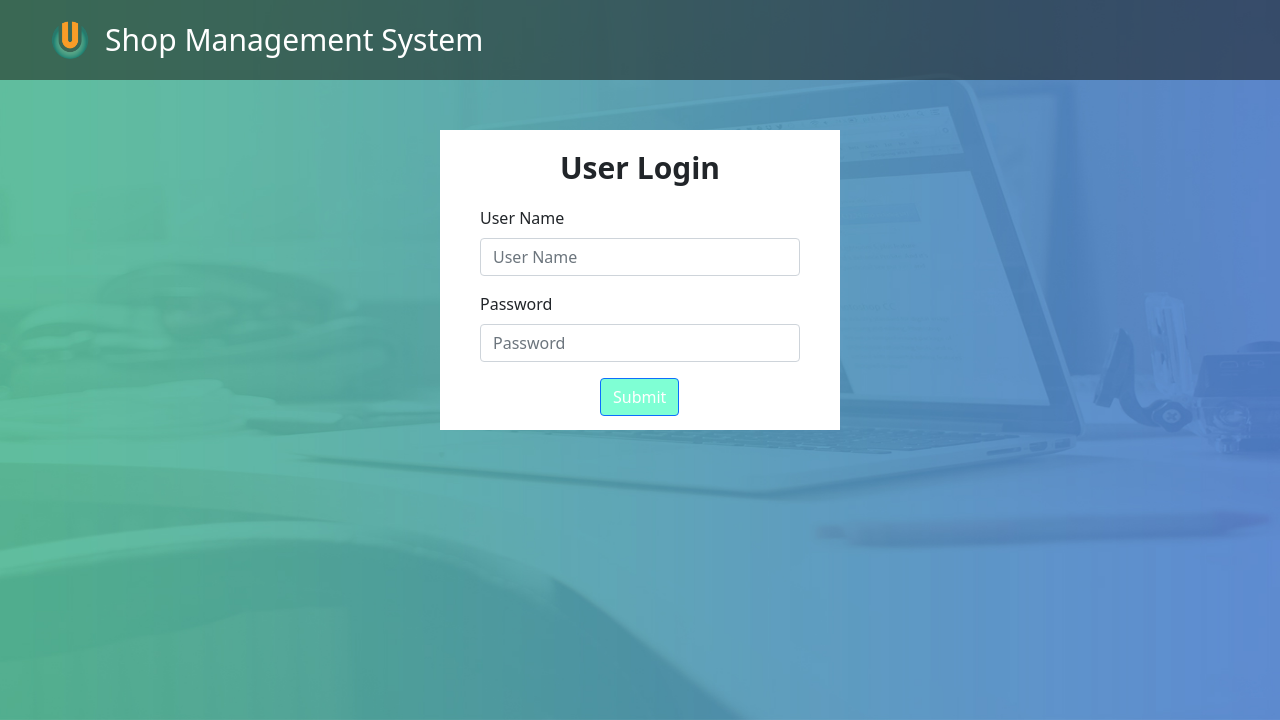
Repository: wenxi0504/storesystem
Page: /login
An editor plug-in stored every save of this project. The page is shown before and after the next save, followed by the edit.
The browser window is 1280 px wide. The pictures show the whole page.
The project was rebuilt for these pictures with package versions that can differ from the ones it lists, and the page was loaded fresh each time. Also part of the build but not shown: src/pages/admin/admin.jsx.

Above is the page before, as saved 2022-03-21 21:59:16.

After the next save:
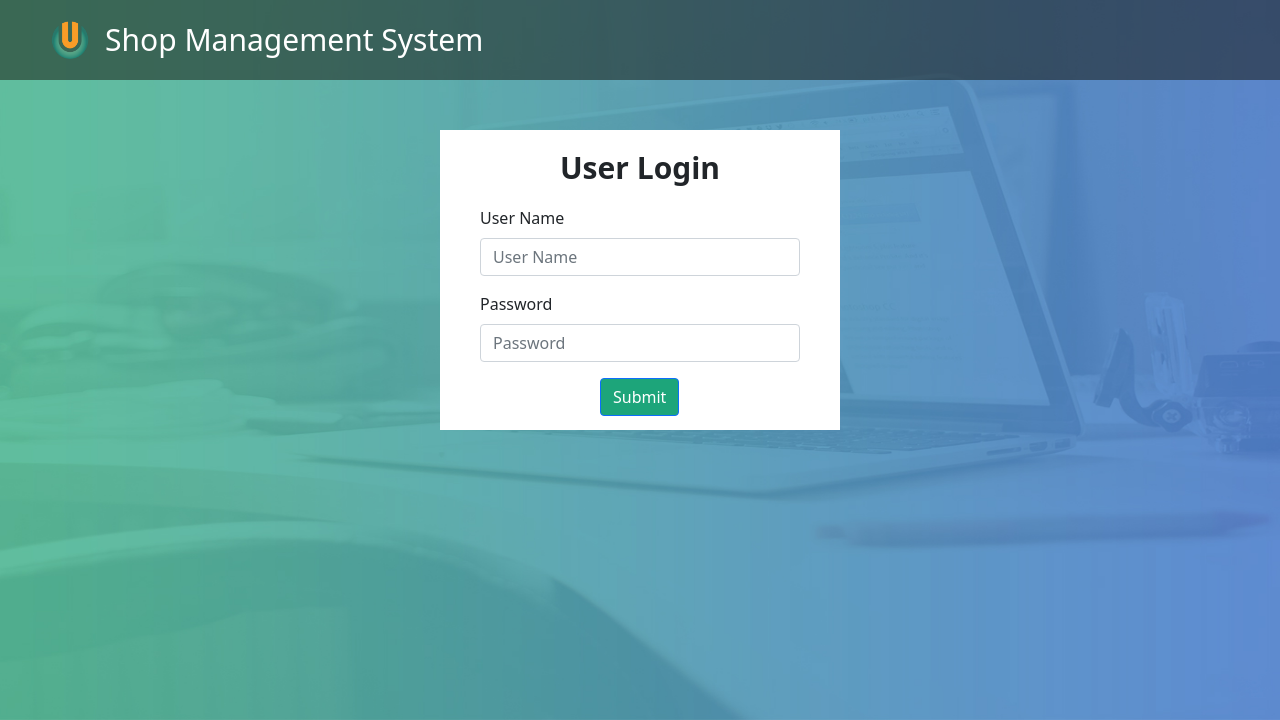
Saved 2 min 30 s later.
--- a/src/pages/login/login.css
+++ b/src/pages/login/login.css
@@ -42,5 +42,5 @@
 
 .btn-primary {
     margin-left: 120px;
-    background-color:aquamarine
+    background-color:#1DA57A
 }
